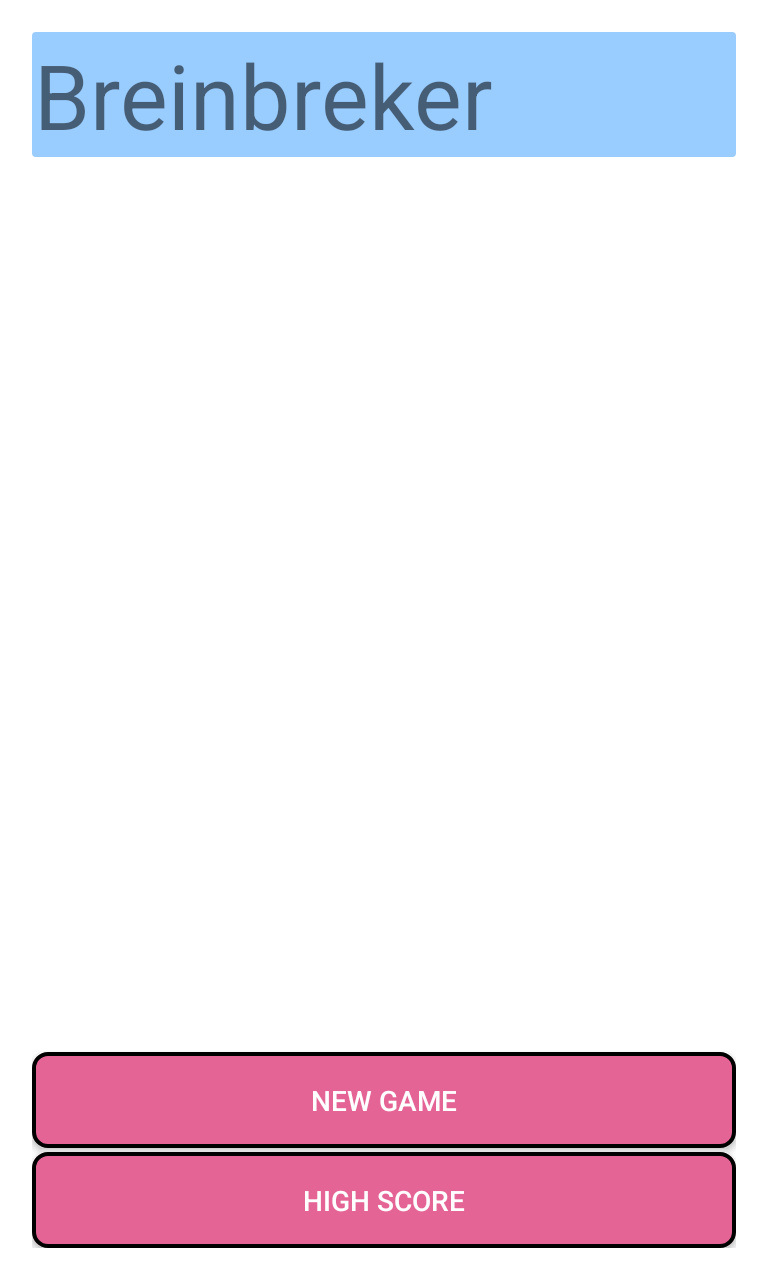
Repository: jelleswester/Breinbreker
Layout: Breinbreker/res/layout/activity_start_screen.xml
The author's editor kept a copy of each file at every save. The layout is drawn from the files as they stood at one save, then again after the next save.
It is drawn on a 768 x 1280 px phone screen (xhdpi) without system bars, with theme AppTheme; the app's code is not run.

Above is the layout before, as saved 2015-01-28 16:06:33.

### Breinbreker/res/layout/activity_start_screen.xml
<RelativeLayout xmlns:android="http://schemas.android.com/apk/res/android"
    xmlns:tools="http://schemas.android.com/tools"
    android:id="@+id/relativeLayout1"
    android:layout_width="match_parent"
    android:layout_height="match_parent"
    android:paddingBottom="@dimen/activity_vertical_margin"
    android:paddingLeft="@dimen/activity_horizontal_margin"
    android:paddingRight="@dimen/activity_horizontal_margin"
    android:paddingTop="@dimen/activity_vertical_margin"
    android:background="@color/white"
    tools:context="nl.mprog.jelleswester.breinbreker.StartScreenActivity" >

    <TextView
        android:id="@+id/textView1"
        android:layout_width="fill_parent"
        android:layout_height="wrap_content"
        android:layout_alignParentTop="true"
        android:layout_centerHorizontal="true"
        android:text="@string/brein_breker"
        android:textSize="45sp"
        android:background="@drawable/title_box_shape" />

    <Button
        android:id="@+id/highScoreButton"
        android:layout_width="fill_parent"
        android:layout_height="wrap_content"
        android:layout_alignParentBottom="true"
        android:layout_centerHorizontal="true"
        android:onClick="highScoreButton"
        android:background="@drawable/button_shape"
        android:textColor="@color/white"
        android:text="@string/high_score"
        android:layout_marginTop="1dp" />

    <Button
        android:id="@+id/newGameButton"
        android:layout_width="fill_parent"
        android:layout_height="wrap_content"
        android:layout_above="@+id/highScoreButton"
        android:layout_alignLeft="@+id/highScoreButton"
        android:onClick="newGameButton"
        android:background="@drawable/button_shape"
        android:textColor="@color/white"
        android:text="@string/new_game"
        android:layout_marginBottom="1dp"
        android:layout_marginTop="2dp" />

</RelativeLayout>

### Breinbreker/res/values/color.xml
<?xml version="1.0" encoding="utf-8"?>
<resources>
    <item name="white" type="color">#FFFFFF</item>
</resources>

### Breinbreker/res/values/strings.xml
<?xml version="1.0" encoding="utf-8"?>
<resources>

    <string name="app_name">Breinbreker</string>
    <string name="hello_world">Hello world!</string>
    <string name="action_settings">Settings</string>
    <string name="title_activity_game_play">GamePlay</string>
    <string name="title_activity_high_score">HighScore</string>
    <string name="title_activity_you_won">YouWon</string>
    <string name="brein_breker">Breinbreker</string>
    <string name="start_game">START</string>
    <string name="high_score">High Score</string>
    <string name="back">Back</string>
    <string name="confirm">Confirm</string>
    <string name="you_won">You Won</string>
    <string name="congratulations">Congratulations!</string>
    <string name="high_score_entry">Please enter your name for your high score:</string>
    <string name="example_name">Bob</string>
    <string name="example_high_score">1.    Bob               03:59:15</string>
    <string name="characters">AAAA</string>
    <string name="symbol">+</string>
    <string name="symbol_equal">=</string>
    <string name="text">1234</string>
    <string name="continue_game">Continue Game</string>
    <string name="new_game">New Game</string>
    <string name="hint">Hint</string>


</resources>

### Breinbreker/res/drawable-hdpi/title_box_shape.xml
<?xml version="1.0" encoding="UTF-8"?>
<shape
    xmlns:android="http://schemas.android.com/apk/res/android">
    <stroke
        android:width="2dp"
        android:color="#99CCFF"/>
    <corners
        android:radius="1dp" />

    <padding
        android:left="1dp"
        android:right="1dp"
        android:top="1dp"
        android:bottom="1dp"/>

    <solid android:color="#99CCFF"/>

</shape>

### Breinbreker/res/drawable-hdpi/button_shape.xml
<?xml version="1.0" encoding="UTF-8"?>
<shape
    xmlns:android="http://schemas.android.com/apk/res/android">
    <stroke
        android:width="2dp"
        android:color="#000000"/>
    <corners
        android:radius="7dp" />

    <padding
        android:left="1dp"
        android:right="1dp"
        android:top="1dp"
        android:bottom="1dp"/>

    <solid android:color="#E46495"/>

</shape>

Loaded but not shown: Breinbreker/res/values/styles.xml (common file); Breinbreker/res/values-v11/styles.xml (common file); Breinbreker/res/values-v14/styles.xml (common file); Breinbreker/res/values/dimens.xml (common file); Breinbreker/res/values-w820dp/dimens.xml (common file)

After the next save:
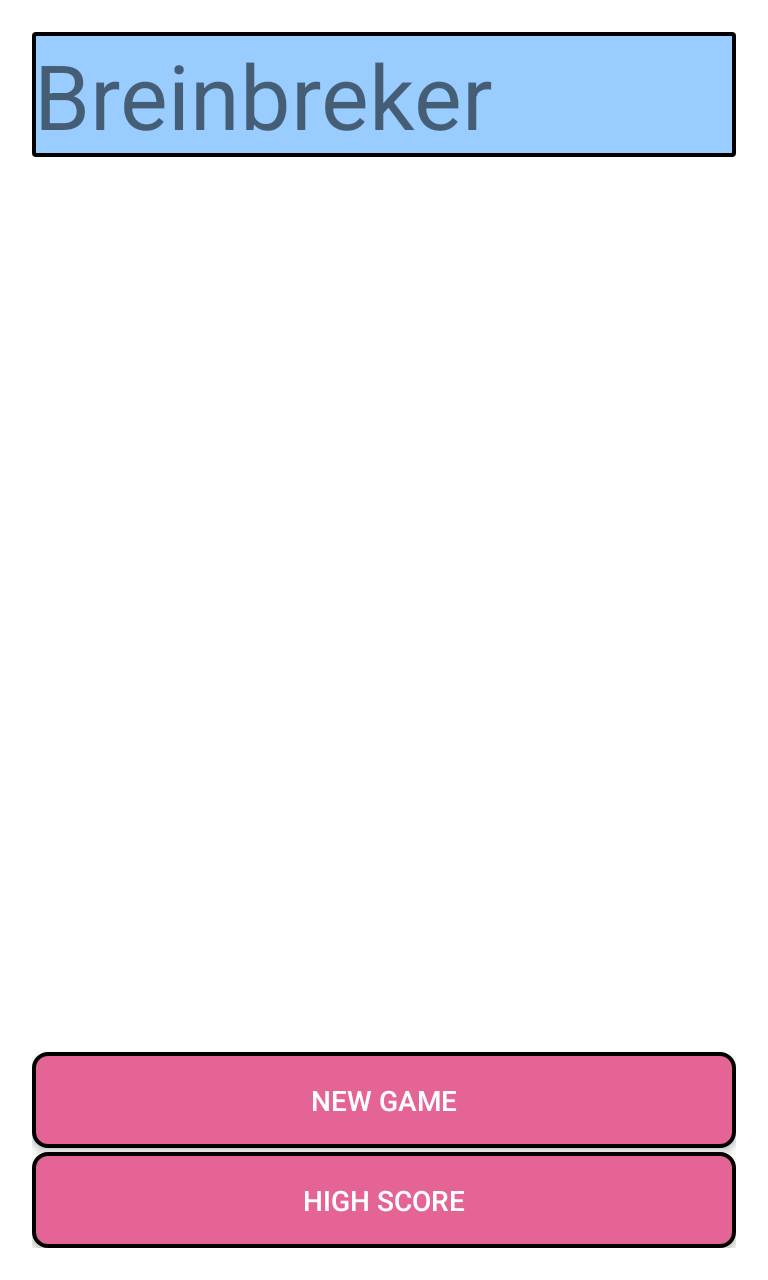
Saved 21 s later.
--- a/Breinbreker/res/drawable-hdpi/title_box_shape.xml
+++ b/Breinbreker/res/drawable-hdpi/title_box_shape.xml
@@ -3,7 +3,7 @@
     xmlns:android="http://schemas.android.com/apk/res/android">
     <stroke
         android:width="2dp"
-        android:color="#99CCFF"/>
+        android:color="#000000"/>
     <corners
         android:radius="1dp" />
 
